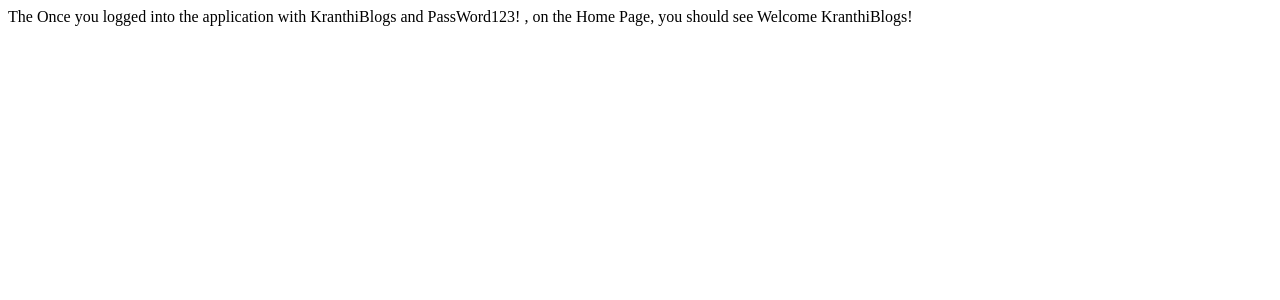
Repository: kasthurikranthikumar/concordion
Page: concordion/automation/src/test/java/org/concordion/automation/HelloConcordion.html
The author's editor kept a copy of each file at every save. The page is drawn from the files as they stood at one save, then again after the next save.
The browser window is 1280 px wide. The pictures show the whole page.

Above is the page before, as saved 2016-07-21 10:54:18.

### concordion/automation/src/test/java/org/concordion/automation/HelloConcordion.html
<html xmlns:concordion="http://www.concordion.org/2007/concordion">
    <body>
        <p>
            The Once you logged into the application with <span concordion:set="#userName">KranthiBlogs</span> and
            <span concordion:set="#passWord">PassWord123!</span> , on the Home Page, you should see
            <span concordion:assertEquals="getHomePageWelcomeMessage(#userName, #passWord)">Welcome KranthiBlogs!</span>
        </p>
    </body>
</html>

After the next save:
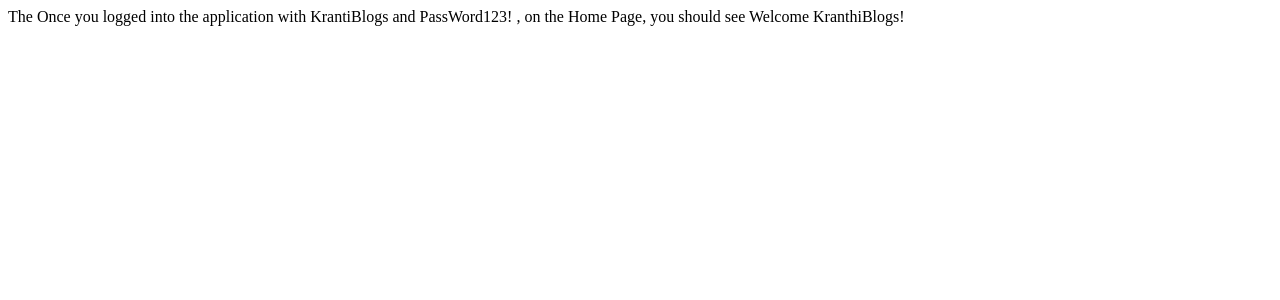
Saved 41 s later.
--- a/concordion/automation/src/test/java/org/concordion/automation/HelloConcordion.html
+++ b/concordion/automation/src/test/java/org/concordion/automation/HelloConcordion.html
@@ -1,7 +1,7 @@
 <html xmlns:concordion="http://www.concordion.org/2007/concordion">
     <body>
         <p>
-            The Once you logged into the application with <span concordion:set="#userName">KranthiBlogs</span> and
+            The Once you logged into the application with <span concordion:set="#userName">KrantiBlogs</span> and
             <span concordion:set="#passWord">PassWord123!</span> , on the Home Page, you should see
             <span concordion:assertEquals="getHomePageWelcomeMessage(#userName, #passWord)">Welcome KranthiBlogs!</span>
         </p>
